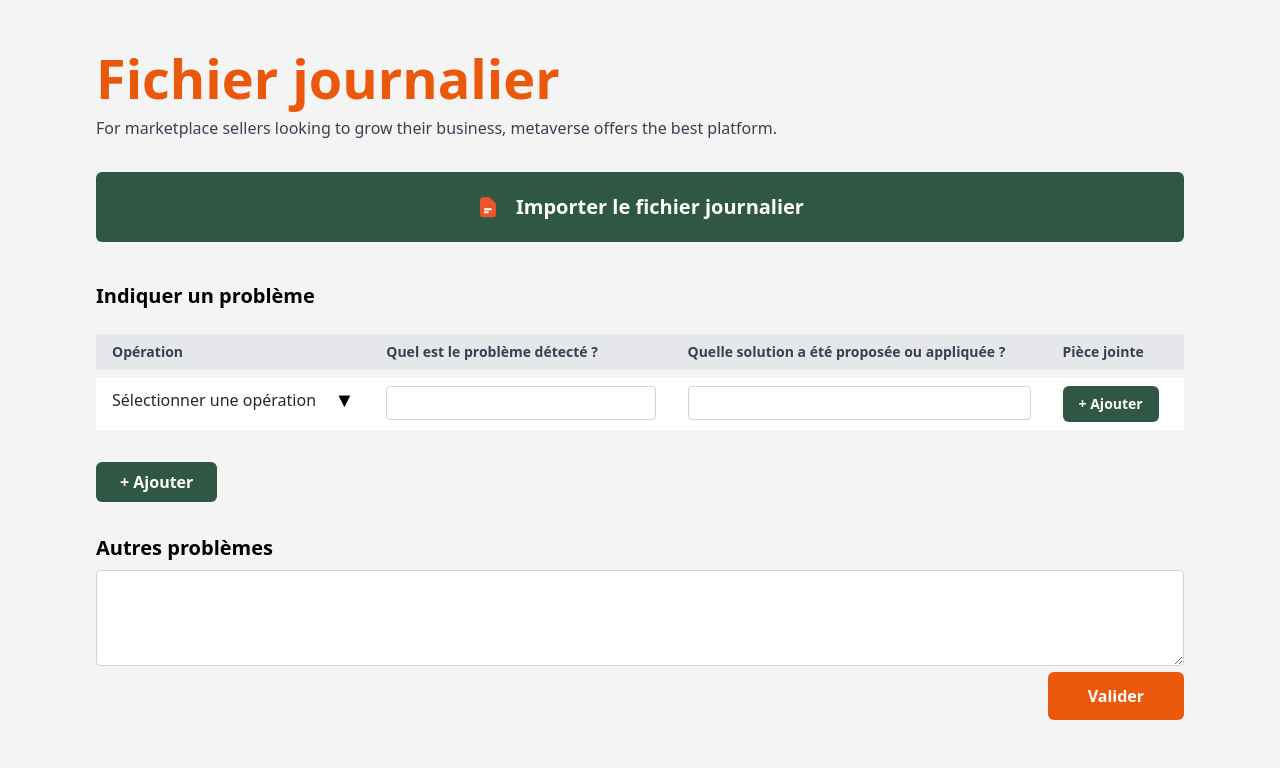
Repository: 123455675848484848484884848484/Projet_2cs
Page: /file (app in front/)
The author's editor kept a copy of each file at every save. The page is drawn from the files as they stood at one save, then again after the next save.
The browser window is 1280 px wide. The pictures show the whole page.
The project was rebuilt for these pictures with package versions that can differ from the ones it lists, and the page was loaded fresh each time. Also part of the build but not shown: front/src/App.css, front/src/LancerPuit.jsx, front/src/InformationPuit.jsx, front/src/Login.jsx, front/src/MesPuits.jsx, front/src/PhasesPrevision.jsx, front/src/OperationsPrevision.jsx, front/src/SignalerProbleme.jsx.

Above is the page before, as saved 2025-04-24 14:37:07.

### front/src/App.jsx
import './App.css';
import React from "react";
import LancerPuit from './LancerPuit';
import InformationPuit from './InformationPuit';
import { BrowserRouter as Router, Routes, Route } from "react-router-dom";
import Login from './Login';
import MesPuits from './MesPuits';
import PhasesPrevision from './PhasesPrevision';
import OperationsPrevision from "./OperationsPrevision";
import FichierJournalier from './FichierJournalier';
import SignalerProbleme from './SignalerProbleme';

function App() {
  return (
   <Router>
   <Routes>
     <Route path="/" element={<LancerPuit />} />
     <Route path="/info-puit" element={<InformationPuit />} />
     <Route path="/mespuits" element={<MesPuits />} />
     <Route path="/phasepre" element={<PhasesPrevision />} />
     <Route path="/operations" element={<OperationsPrevision />} />
     <Route path="/login" element={<Login />} />
     <Route path="/file" element={<FichierJournalier />} />
     <Route path="/signal" element={<SignalerProbleme />} />
  </Routes>
    </Router>

  );
}

export default App;

### front/src/FichierJournalier.jsx
import React, { useState } from "react";

const FichierJournalier = () => {
  const [problems, setProblems] = useState([
    { operation: [], probleme: "", solution: "", file: null },
  ]);
  const [autresProblemes, setAutresProblemes] = useState("");
  const [selectedFiles, setSelectedFiles] = useState([]);
  const [openRows, setOpenRows] = useState([false]);

  const handleChange = (index, field, value) => {
    const updated = [...problems];
    updated[index][field] = value;
    setProblems(updated);
  };

  const handleAddRow = () => {
    setProblems([...problems, { operation: [], probleme: "", solution: "", file: null }]);
    setOpenRows([...openRows, false]);
  };

  const handleSubmit = () => {
    console.log("Problèmes:", problems);
    console.log("Autres:", autresProblemes);
  };

  const handleFileUpload = (index, file) => {
    const updated = [...problems];
    updated[index].file = file;
    setProblems(updated);
  };

  const operationsGroups = [
    {
      label: "Preparation & Infrastructure",
      items: ["Civil Work", "Water Supply", "Environmental", "Supervision"],
    },
    {
      label: "Logging, Completion & Post-Drill",
      items: [
        "Coring",
        "Mud Logging",
        "Wire Line Logging",
        "Completion",
        "Fracturation",
      ],
    },
    {
      label: "Drilling Operations & Equipment",
      items: [
        "Drilling Mud",
        "Cementing",
        "Well Head",
        "Csg, Tubing, Liner",
        "DHT, Csg access, run Casing",
        "Drilling Bits",
      ],
    },
    {
      label: "Non principales",
      items: ["Transport", "Security", "Telecom", "Rig Move", "Drilling", "DST"],
    },
  ];

  return (
    <div className="min-h-screen px-24 py-12 bg-[#f4f4f4]">
      <h1 className="text-[54px] font-bold text-orange-600 leading-[60px] mb-2">
        Fichier journalier
      </h1>
      <p className="text-gray-700 mb-8">
        For marketplace sellers looking to grow their business, metaverse offers the best platform.
      </p>

      <label className="bg-[#2f5744] cursor-pointer text-white text-center text-[20px] font-semibold py-5 rounded-md flex justify-center items-center gap-4 mb-10">
        <img src="/file.png" alt="icon" className="w-6 h-6" />
        Importer le fichier journalier
        <input type="file" className="hidden" onChange={(e) => setSelectedFiles([...selectedFiles, e.target.files[0]])} />
      </label>

      <h2 className="text-xl font-semibold mb-4">Indiquer un problème</h2>
      <div className="overflow-x-auto mb-6">
        <table className="w-full text-left border-separate border-spacing-y-2">
          <thead>
            <tr className="bg-gray-200 text-sm text-gray-700">
              <th className="px-4 py-2">Opération</th>
              <th className="px-4 py-2">Quel est le problème détecté ?</th>
              <th className="px-4 py-2">Quelle solution a été proposée ou appliquée ?</th>
              <th className="px-4 py-2">Pièce jointe</th>
            </tr>
          </thead>
          <tbody>
            {problems.map((row, index) => (
              <tr key={index} className="bg-white rounded-md">
                <td className="px-4 py-2 align-top">
                  <div
                    className="flex items-center justify-between cursor-pointer"
                    onClick={() => {
                      const newOpenRows = [...openRows];
                      newOpenRows[index] = !newOpenRows[index];
                      setOpenRows(newOpenRows);
                    }}
                  >
                    <span className="text-gray-800">
                      {row.operation.length > 0 ? row.operation[0] : "Sélectionner une opération"}
                    </span>
                    <span className="text-xl">{openRows[index] ? "▲" : "▼"}</span>
                  </div>
                  {openRows[index] && (
                    <div className="grid grid-cols-4 gap-6 mt-4">
                      {operationsGroups.map((group) => (
                        <div key={group.label}>
                          <h4 className="text-xs text-orange-600 font-semibold mb-2">
                            {group.label}
                          </h4>
                          {group.items.map((item) => (
                            <label key={item} className="block text-sm text-gray-800">
                              <input
                                type="radio"
                                name={`operation-${index}`}
                                value={item}
                                checked={row.operation.includes(item)}
                                onChange={(e) => handleChange(index, "operation", [e.target.value])}
                                className="mr-2"
                              />
                              {item}
                            </label>
                          ))}
                        </div>
                      ))}
                    </div>
                  )}
                </td>
                <td className="px-4 py-2 align-top">
                  <input
                    type="text"
                    value={row.probleme}
                    onChange={(e) => handleChange(index, "probleme", e.target.value)}
                    className="w-full border border-gray-300 rounded px-2 py-1 focus:outline-none focus:ring-0 focus:border-orange-600"                  />
                </td>
                <td className="px-4 py-2 align-top">
                  <input
                    type="text"
                    value={row.solution}
                    onChange={(e) => handleChange(index, "solution", e.target.value)}
                    className="w-full border border-gray-300 rounded px-2 py-1 focus:outline-none focus:ring-0 focus:border-orange-600"                  />
                </td>
                <td className="px-4 py-2 align-top">
  {!row.file ? (
    <label className="cursor-pointer bg-[#2f5744] text-white px-4 py-2 rounded-md text-sm font-semibold inline-block">
      + Ajouter
      <input
        type="file"
        className="hidden"
        onChange={(e) => handleFileUpload(index, e.target.files[0])}
      />
    </label>
  ) : (
    <p className="text-sm text-gray-700">{row.file.name}</p>
  )}
</td>
              </tr>
            ))}
          </tbody>
        </table>
      </div>

      <button
        onClick={handleAddRow}
        className="bg-[#2f5744] text-white font-semibold px-6 py-2 rounded-md mb-8"
      >
        + Ajouter
      </button>

      <h2 className="text-xl font-semibold mb-2">Autres problèmes</h2>
      <textarea
  className="w-full h-24 border border-gray-300 rounded px-2 py-1 focus:outline-none focus:ring-0 focus:border-orange-600"
  placeholder=""
        value={autresProblemes}
        onChange={(e) => setAutresProblemes(e.target.value)}
      ></textarea>

      <div className="flex justify-end">
        <button
          onClick={handleSubmit}
          className="bg-orange-600 hover:bg-orange-700 text-white font-semibold text-[16px] px-10 py-3 rounded-md"
        >
          Valider
        </button>
      </div>
    </div>
  );
};

export default FichierJournalier;

Loaded but not shown: front/public/index.html (common file); front/src/index.js (common file); front/src/index.css (common file); front/src/reportWebVitals.js (common file); front/tailwind.config.js (common file)

After the next save:
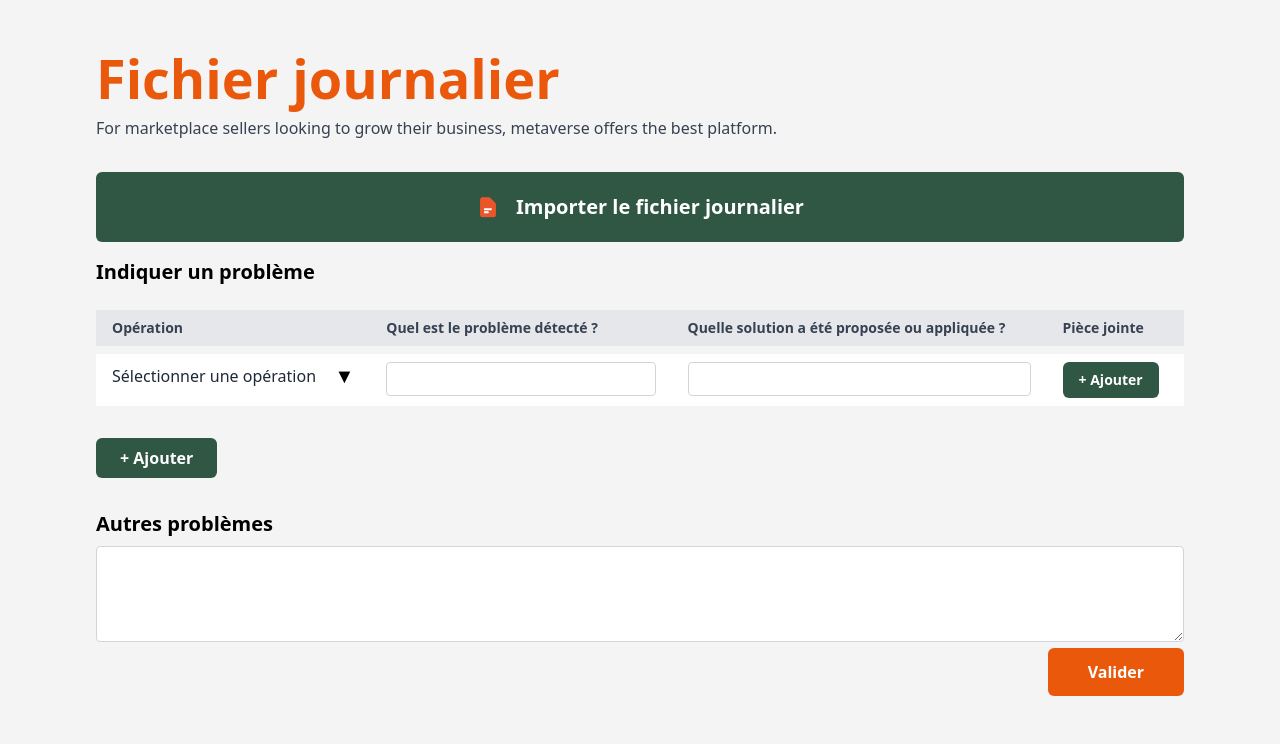
Saved 3 min 38 s later.
--- a/front/src/FichierJournalier.jsx
+++ b/front/src/FichierJournalier.jsx
@@ -71,11 +71,28 @@ const FichierJournalier = () => {
         For marketplace sellers looking to grow their business, metaverse offers the best platform.
       </p>
 
-      <label className="bg-[#2f5744] cursor-pointer text-white text-center text-[20px] font-semibold py-5 rounded-md flex justify-center items-center gap-4 mb-10">
-        <img src="/file.png" alt="icon" className="w-6 h-6" />
-        Importer le fichier journalier
-        <input type="file" className="hidden" onChange={(e) => setSelectedFiles([...selectedFiles, e.target.files[0]])} />
-      </label>
+      <label className="bg-[#2f5744] cursor-pointer text-white text-center text-[20px] font-semibold py-5 rounded-md flex justify-center items-center gap-4 mb-4">
+  <img src="/file.png" alt="icon" className="w-6 h-6" />
+  Importer le fichier journalier
+  <input
+    type="file"
+    multiple
+    className="hidden"
+    onChange={(e) => {
+      const files = Array.from(e.target.files);
+      setSelectedFiles((prev) => [...prev, ...files]);
+    }}
+  />
+</label>
+
+{/* 👇 Affichage des noms des fichiers importés */}
+{selectedFiles.length > 0 && (
+  <ul className="mb-10 list-disc pl-6 text-gray-700 text-sm">
+    {selectedFiles.map((file, i) => (
+      <li key={i}>{file.name}</li>
+    ))}
+  </ul>
+)}
 
       <h2 className="text-xl font-semibold mb-4">Indiquer un problème</h2>
       <div className="overflow-x-auto mb-6">
